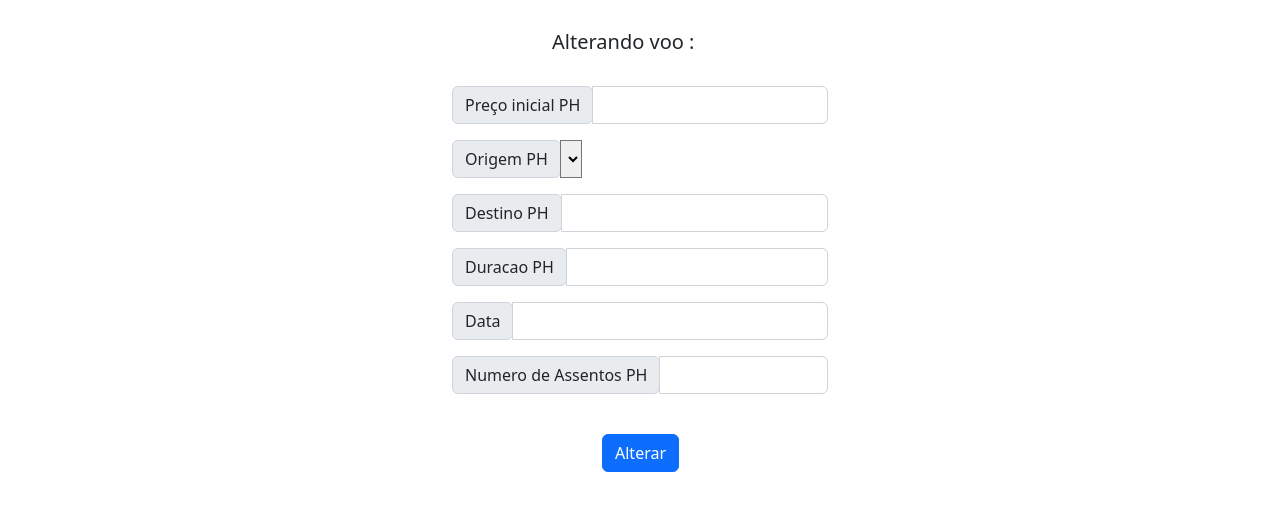
Repository: SamuelMachadoD/Java-Web-Aulas
Page: http://localhost/Redteam/WEB-INF/views/alterarVooGerente.jsp
An editor plug-in stored every save of this project. The page is shown before and after the next save, followed by the edit.
The browser window is 1280 px wide. The pictures show the whole page.
The page is served by Tomcat 9. Nobody is signed in. Other server files are loaded and not shown. The template is opened directly, without the code that normally fills it, so the values that code supplies are empty.

Above is the page before, as saved 2022-07-19 09:39:16.

### Redteam/src/main/webapp/WEB-INF/views/alterarVooGerente.jsp
<%@ page contentType="text/html;charset=UTF-8" language="java" %>
<%@ taglib uri="http://java.sun.com/jsp/jstl/core" prefix="c" %>
<html>

<head>
    <title>alterar voo</title>
    <meta name="viewport" content="width=device-width, initial-scale=1" />
    <link href="https://cdn.jsdelivr.net/npm/bootstrap@5.2.0-beta1/dist/css/bootstrap.min.css" rel="stylesheet"
          integrity="sha384-0evHe/X+R7YkIZDRvuzKMRqM+OrBnVFBL6DOitfPri4tjfHxaWutUpFmBp4vmVor" crossorigin="anonymous" />
</head>
<style>
    input::-webkit-outer-spin-button,
    input::-webkit-inner-spin-button {
        -webkit-appearance: none;
        margin: 0;
    }
    input[type=number] {
        -moz-appearance: textfield;
    }
</style>
<body>

<form action="Entrada?acao=AcoesGerente" method="post">

    <div class="container" style="width: 400px">
        <h5 style="margin-left: 100px; margin-top: 30px">Alterando voo : ${voos.nmrDoVoo}</h5>
        <input type="hidden" name="alterar" value="${voos.nmrDoVoo}">
        <br>

        <div class="input-group mb-3">
            <div>
                <span class="input-group-text">Preço inicial PH</span>
            </div>
            <input type="number" class="form-control" aria-label="Username" name="preco" value="${voos.preco}" step="0.01">
        </div>

        <div class="input-group mb-3">
            <div class="input-group-prepend">
                <span class="input-group-text">Origem PH</span>
            </div>
<%--             <input type="text" class="form-control" aria-label="Username" name="origem" value="${voos.origem.codigo}"> --%>
            <select name="origem">
	            <c:forEach items="${aeroportos}" var="aeroporto">
	                <option  value="${aeroporto.codigo}">${aeroporto.codigo}</option>
	            </c:forEach>
            </select>
        </div>

        <div class="input-group mb-3">
            <div class="input-group-prepend">
                <span class="input-group-text">Destino PH</span>
            </div>
            <input type="text" class="form-control" aria-label="Username" name="destino" value="${voos.destino.codigo}">
        </div>

        <div class="input-group mb-3">
            <div>
                <span class="input-group-text">Duracao PH</span>
            </div>
            <input type="text" class="form-control" aria-label="Username" name="duracaoVoo" value="${voos.duracaoVoo}">

        </div>
        <div class="input-group mb-3">
            <div>
                <span class="input-group-text">Data</span>
            </div>
            <input type="text" class="form-control" aria-label="Username" name="data" value="${voos.data}">

        </div>
        <div class="input-group mb-3">
            <div class="input-group-prepend">
                <span class="input-group-text" id="basic-addon1">Numero de Assentos PH</span>
            </div>
            <input type="text" class="form-control" aria-label="Username" name="assento" value="${voos.numeroAssentos}">

        </div>

<!--         <div class="row"> -->

<!--             <h4 style="padding: 30px" >Confirme seus dados agora</h4> -->
<!--             <div class="col-md"> -->
<!--                 <input type="number" class="form-control" aria-label="Sizing example input" -->
<!--                        aria-describedby="inputGroup-sizing-sm" placeholder="Matricula"> -->
<!--             </div> -->

<!--             <div class="col-md"> -->
<!--                 <input type="text" class="form-control" aria-label="Sizing example input" -->
<!--                        aria-describedby="inputGroup-sizing-sm" placeholder="Senha"> -->
<!--             </div> -->

<!--         </div> -->

        <div style="margin-left: 150px">
            <br>
            <button type="submit" class="btn btn-primary btn-md">Alterar</button>
        </div>
    </div>



</form>

</body>

</html>

After the next save:
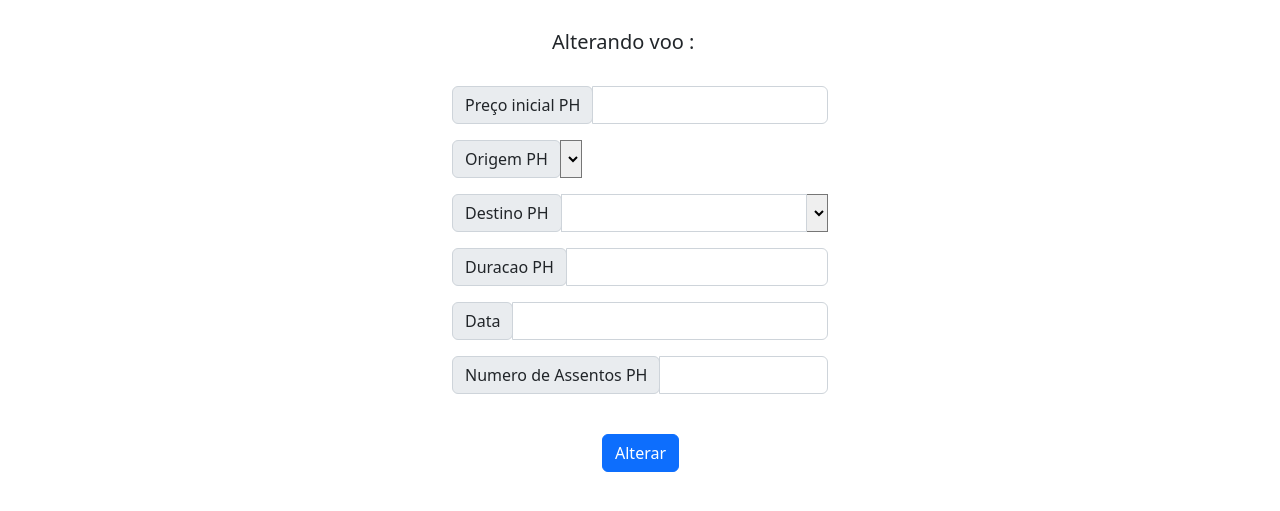
Saved 28 s later.
--- a/Redteam/src/main/webapp/WEB-INF/views/alterarVooGerente.jsp
+++ b/Redteam/src/main/webapp/WEB-INF/views/alterarVooGerente.jsp
@@ -51,6 +51,11 @@
                 <span class="input-group-text">Destino PH</span>
             </div>
             <input type="text" class="form-control" aria-label="Username" name="destino" value="${voos.destino.codigo}">
+            <select name="origem">
+	            <c:forEach items="${aeroportos}" var="aeroporto">
+	                <option  value="${aeroporto.codigo}">${aeroporto.codigo}</option>
+	            </c:forEach>
+            </select>
         </div>
 
         <div class="input-group mb-3">
